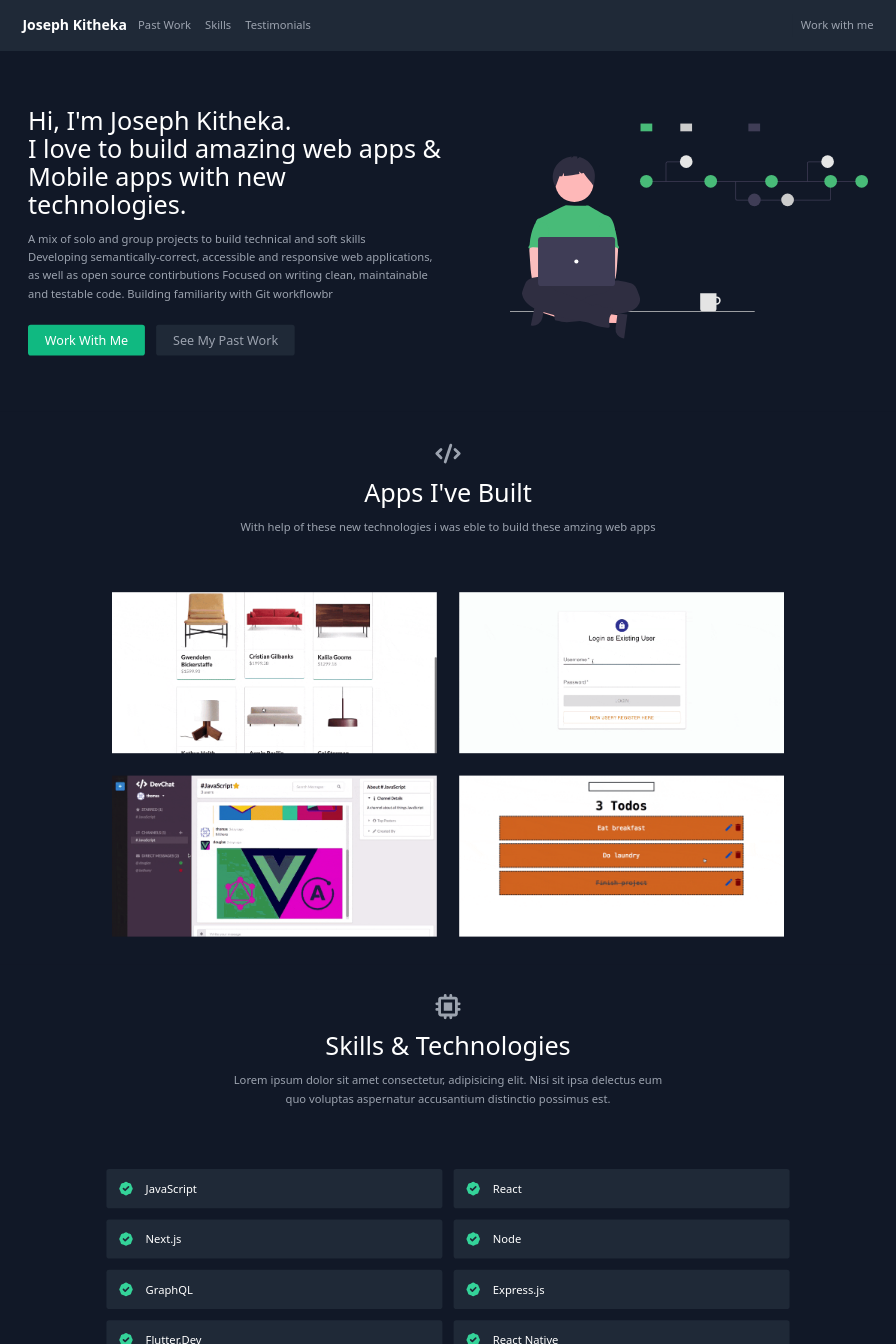
Repository: fhub-1/my-site
Page: /
An editor plug-in stored every save of this project. The page is shown before and after the next save, followed by the edit.
The browser window is 1280 px wide. The pictures show the part of the page from y = 0 to 1920 px (the page is 3236 px tall), at 70% of full size.
The project was rebuilt for these pictures with package versions that can differ from the ones it lists, and the page was loaded fresh each time. Also part of the build but not shown: craco.config.js.

Above is the page before, as saved 2022-01-22 13:01:57.

### public/index.html
<!DOCTYPE html>
<html lang="en">
  <head>
    <meta charset="utf-8" />
    <link rel="icon" href="%PUBLIC_URL%/favicon.ico" />
    <meta name="viewport" content="width=device-width, initial-scale=1" />
    <meta name="theme-color" content="#000000" />
    <meta
      name="description"
      content="My portfolio app created with React"
    />
    <link rel="apple-touch-icon" href="%PUBLIC_URL%/logo192.png" />

    <link rel="manifest" href="%PUBLIC_URL%/manifest.json" />


    <title>Joseph kitheka</title>
      <script data-ad-client="ca-pub-1327925580473487" async src="https://pagead2.googlesyndication.com/pagead/js/adsbygoogle.js"></script>
  </head>
  <body>

  <form name="test" netlify netlify-honeypot="bot-field" hidden>
    <input type="text" name="name" />
    <input type="email" name="email" />
    <textarea name="message"></textarea>
  </form>

    <noscript>You need to enable JavaScript to run this app.</noscript>
    <div id="root"></div>

  </body>
</html>

### src/App.js
import React from "react";
import About from "./components/About";
import Contact from "./components/Contact";
import Navbar from "./components/Navbar";
import Projects from "./components/Projects";
import Skills from "./components/Skills";
import Testimonials from "./components/Testimonials";


export default function App() {
  return (
    <main className="text-gray-400 bg-gray-900 body-font">
      <Navbar />
      <About />
      <Projects />
      <Skills />
      <Testimonials />
      <Contact />
    </main>
  );
}

### src/components/About.js
import React from "react";

export default function About() {
  return (
    <section id="about">
      <div className="container mx-auto flex px-10 py-20 md:flex-row flex-col items-center">
        <div className="lg:flex-grow md:w-1/2 lg:pr-24 md:pr-16 flex flex-col md:items-start md:text-left mb-16 md:mb-0 items-center text-center">
          <h1 className="title-font sm:text-4xl text-3xl mb-4 font-medium text-white">
            Hi, I'm Joseph Kitheka.
            <br className="hidden lg:inline-block" />I love to build amazing
            web apps & Mobile apps with new technologies.
          </h1>
          <p className="mb-8 leading-relaxed">
            A mix of solo and group projects to build technical and soft skills <br />
          Developing semantically-correct, accessible and responsive web applications,<br />
           as well as open source contirbutions
      Focused on writing clean, maintainable and testable code.
        Building familiarity with Git workflowbr <br />
          </p>
          <div className="flex justify-center">
            <a
              href="#contact"workflowbr
              className="inline-flex text-white bg-green-500 border-0 py-2 px-6 focus:outline-none hover:bg-green-600 rounded text-lg">
              Work With Me
            </a>
            <a
              href="#projects"
              className="ml-4 inline-flex text-gray-400 bg-gray-800 border-0 py-2 px-6 focus:outline-none hover:bg-gray-700 hover:text-white rounded text-lg">
              See My Past Work
            </a>
          </div>
        </div>
        <div className="lg:max-w-lg lg:w-full md:w-1/2 w-5/6">
          <img
            className="object-cover object-center rounded"
            alt="hero"
            src="./coding.svg"
          />
        </div>
      </div>
    </section>
  );
}

### src/components/Contact.js
import React from "react";

export default function Contact() {
  const [name, setName] = React.useState("");
  const [email, setEmail] = React.useState("");
  const [message, setMessage] = React.useState("");

  function encode(data) {
    return Object.keys(data)
      .map(
        (key) => encodeURIComponent(key) + "=" + encodeURIComponent(data[key])
      )
      .join("&");
  }

  function handleSubmit(e) {
    e.preventDefault();
    fetch("/", {
      method: "POST",
      headers: { "Content-Type": "application/x-www-form-urlencoded" },
      body: encode({ "form-name": "contact", name, email, message }),
    })
      .then(() => alert("Message sent!"))
      .catch((error) => alert(error));
  }

  return (
    <section id="contact" className="relative">
      <div className="container px-5 py-10 mx-auto flex sm:flex-nowrap flex-wrap">
        <div className="lg:w-2/3 md:w-1/2 bg-gray-900 rounded-lg overflow-hidden sm:mr-10 p-10 flex items-end justify-start relative">
          <iframe
            width="100%"
            height="100%"
            title="map"
            className="absolute inset-0"
            frameBorder={0}
            marginHeight={0}
            marginWidth={0}
            style={{ filter: "opacity(0.7)" }}
            src="https://maps.google.com/maps?q=Nyali,Leisure&t=&z=13&ie=UTF8&iwloc=&output=embed"
          />
          <div className="bg-gray-900 relative flex flex-wrap py-6 rounded shadow-md">
            <div className="lg:w-1/3 px-6">
              <h2 className="title-font font-semibold text-white tracking-widest text-xs">
                ADDRESS
              </h2>
              <p className="mt-1">
                Mombasa,Kenya. <br />
                Mombasa,Malindi Road
              </p>
            </div>
            <div className="lg:w-1/2 px-6 mt-4 lg:mt-0">
              <h2 className="title-font font-semibold text-white tracking-widest text-xs">
                EMAIL
              </h2>
              <a className="text-indigo-400 leading-relaxed">
                flutterhub1.21.0@email.com
              </a>
              <h2 className="title-font font-semibold text-white tracking-widest text-xs mt-4">
                PHONE
              </h2>
              <p className="leading-relaxed">+254 795 164 401</p>
            </div>
          </div>
        </div>
        <form
          netlify
          name="contact"
          onSubmit={handleSubmit}
          className="lg:w-1/3 md:w-1/2 flex flex-col md:ml-auto w-full md:py-8 mt-8 md:mt-0">
          <h2 className="text-white sm:text-4xl text-3xl mb-1 font-medium title-font">
            Hire Me
          </h2>
          <p className="leading-relaxed mb-5">
            Lorem ipsum dolor sit amet consectetur, adipisicing elit. Illum
            suscipit officia aspernatur veritatis. Asperiores, aliquid?
          </p>
          <div className="relative mb-4">
            <label htmlFor="name" className="leading-7 text-sm text-gray-400">
              Name
            </label>
            <input
              type="text"
              id="name"
              name="name"
              className="w-full bg-gray-800 rounded border border-gray-700 focus:border-indigo-500 focus:ring-2 focus:ring-indigo-900 text-base outline-none text-gray-100 py-1 px-3 leading-8 transition-colors duration-200 ease-in-out"
              onChange={(e) => setName(e.target.value)}
              required
            />
          </div>
          <div className="relative mb-4">
            <label htmlFor="email" className="leading-7 text-sm text-gray-400">
              Email
            </label>
            <input
              type="email"
              id="email"
              name="email"
              className="w-full bg-gray-800 rounded border border-gray-700 focus:border-indigo-500 focus:ring-2 focus:ring-indigo-900 text-base outline-none text-gray-100 py-1 px-3 leading-8 transition-colors duration-200 ease-in-out"
              onChange={(e) => setEmail(e.target.value)}
              required
            />
          </div>
          <div className="relative mb-4">
            <label
              htmlFor="message"
              className="leading-7 text-sm text-gray-400">
              Message
            </label>
            <textarea
              id="message"
              name="message"
              className="w-full bg-gray-800 rounded border border-gray-700 focus:border-indigo-500 focus:ring-2 focus:ring-indigo-900 h-32 text-base outline-none text-gray-100 py-1 px-3 resize-none leading-6 transition-colors duration-200 ease-in-out"
              onChange={(e) => setMessage(e.target.value)}
              required
            />
          </div>
          <button
            type="submit"
            className="text-white bg-indigo-500 border-0 py-2 px-6 focus:outline-none hover:bg-indigo-600 rounded text-lg">
            Submit
          </button>
        </form>
      </div>
    </section>
  );
}

### src/components/Navbar.js
import { ArrowRightIcon } from "@heroicons/react/solid";
import React from "react";

export default function Navbar() {
  return (
    <header className="bg-gray-800 md:sticky top-0 z-10">
      <div className="container mx-auto flex flex-wrap p-5 flex-col md:flex-row items-center">
        <a className="title-font font-semibold text-white mb-4 md:mb-0">
          <a href="#about" className="ml-3 text-xl">
           Joseph Kitheka
          </a>
        </a>
             <nav className="md:mr-auto md:ml-4 md:py-1 md:border-1 md:border-gray-700 flex flex-wrap items-center text-base justify-center">
               <a href="#projects" className="mr-5 hover:bg-gray-900">
                 Past Work
               </a>
               <a href="#skills" className="mr-5 hover:bg-gray-900">
                 Skills
               </a>
               <a href="#testimonials" className="mr-5 hover:bg-gray-900">
                  Testimonials

               </a>
             </nav>
             <a className="inline-flex items-center bg-gray-800 border-0 py-1 px-3 focus:outline-none hover:bg-gray-500">
               Work with me
             </a>
        {/* <nav className="md:mr-auto md:ml-4 md:py-1 md:pl-4 md:border-l md:border-gray-700	flex flex-wrap items-center text-base justify-center">
          <a href="#projects" className="mr-5 hover:text-white">
            Past Work
          </a>
          <a href="#skills" className="mr-5 hover:text-white">
            Skills
          </a>
          <a href="#testimonials" className="mr-5 hover:text-white">
            Testimonials
          </a>
        </nav> */}
        {/* <a
          href="#contact"
          className="inline-flex items-center bg-gray-800 border-0 py-1 px-3 focus:outline-none hover:bg-gray-700 rounded text-base mt-4 md:mt-0">
          Hire Me
          <ArrowRightIcon className="w-4 h-4 ml-1" />
        </a> */}
      </div>
    </header>
  );
}

### src/components/Projects.js
import { CodeIcon } from "@heroicons/react/solid";
import React from "react";
import { projects } from "../data";

export default function Projects() {
  return (
    <section id="projects" className="text-gray-400 bg-gray-900 body-font">
      <div className="container px-5 py-10 mx-auto text-center lg:px-40">
        <div className="flex flex-col w-full mb-20">
          <CodeIcon className="mx-auto inline-block w-10 mb-4" />
          <h1 className="sm:text-4xl text-3xl font-medium title-font mb-4 text-white">
            Apps I've Built
          </h1>
          <p className="lg:w-2/3 mx-auto leading-relaxed text-base">
            With help of these new technologies i was eble to build these amzing web apps
          </p>
        </div>
        <div className="flex flex-wrap -m-4">
          {projects.map((project) => (
            <a
              href={project.link}
              key={project.image}
              className="sm:w-1/2 w-100 p-4">
              <div className="flex relative">
                <img
                  alt="gallery"
                  className="absolute inset-0 w-full h-full object-cover object-center"
                  src={project.image}
                />
                <div className="px-8 py-10 relative z-10 w-full border-4 border-gray-800 bg-gray-900 opacity-0 hover:opacity-100">
                  <h2 className="tracking-widest text-sm title-font font-medium text-green-400 mb-1">
                    {project.subtitle}
                  </h2>
                  <h1 className="title-font text-lg font-medium text-white mb-3">
                    {project.title}
                  </h1>
                  <p className="leading-relaxed">{project.description}</p>
                </div>
              </div>
            </a>
          ))}
        </div>
      </div>
    </section>
  );
}

### src/components/Skills.js
import { BadgeCheckIcon, ChipIcon } from "@heroicons/react/solid";
import React from "react";
import { skills } from "../data";

export default function Skills() {
  return (
    <section id="skills">
      <div className="container px-5 py-10 mx-auto">
        <div className="text-center mb-20">
          <ChipIcon className="w-10 inline-block mb-4" />
          <h1 className="sm:text-4xl text-3xl font-medium title-font text-white mb-4">
            Skills &amp; Technologies
          </h1>
          <p className="text-base leading-relaxed xl:w-2/4 lg:w-3/4 mx-auto">
            Lorem ipsum dolor sit amet consectetur, adipisicing elit. Nisi sit
            ipsa delectus eum quo voluptas aspernatur accusantium distinctio
            possimus est.
          </p>
        </div>
        <div className="flex flex-wrap lg:w-4/5 sm:mx-auto sm:mb-2 -mx-2">
          {skills.map((skill) => (
            <div key={skill} className="p-2 sm:w-1/2 w-full">
              <div className="bg-gray-800 rounded flex p-4 h-full items-center">
                <BadgeCheckIcon className="text-green-400 w-6 h-6 flex-shrink-0 mr-4" />
                <span className="title-font font-medium text-white">
                  {skill}
                </span>
              </div>
            </div>

          ))}
        </div>
      </div>
    </section>
  );
}

### src/components/Testimonials.js
import React from "react";
import { TerminalIcon, UsersIcon } from "@heroicons/react/solid";
import { testimonials } from "../data";

export default function Testimonials() {
  return (
    <section id="testimonials">
      <div className="container px-5 py-10 mx-auto text-center">
        <UsersIcon className="w-10 inline-block mb-4" />
        <h1 className="sm:text-4xl text-3xl font-medium title-font text-white mb-12">
          Client Testimonials
        </h1>
        <div className="flex flex-wrap m-4">
          {testimonials.map((testimonial) => (
            <div className="p-4 md:w-1/2 w-full">
              <div className="h-full bg-gray-800 bg-opacity-40 p-8 rounded">
                <TerminalIcon className="block w-8 text-gray-500 mb-4" />
                <p className="leading-relaxed mb-6">{testimonial.quote}</p>
                <div className="inline-flex items-center">
                  <img
                    alt="testimonial"
                    src={testimonial.image}
                    className="w-12 rounded-full flex-shrink-0 object-cover object-center"
                  />
                  <span className="flex-grow flex flex-col pl-4">
                    <span className="title-font font-medium text-white">
                      {testimonial.name}
                    </span>
                    <span className="text-gray-500 text-sm uppercase">
                      {testimonial.company}
                    </span>
                  </span>
                </div>
              </div>
            </div>
          ))}
        </div>
      </div>
    </section>
  );
}

### src/data.js
export const projects = [
  {
    title: "React Reserve",
    subtitle: "MERN Stack",
    description:
      "Lorem ipsum dolor sit amet consectetur adipisicing elit. Praesentium dolore rerum laborum iure enim sint nemo omnis voluptate exercitationem eius?",
    image: "./project-1.gif",
    // link: "https://reactbootcamp.com",
  },
  {
    title: "React Tracks",
    subtitle: "React and Python",
    description:
      "Lorem ipsum dolor sit amet consectetur adipisicing elit. Praesentium dolore rerum laborum iure enim sint nemo omnis voluptate exercitationem eius?",
    image: "./project-2.gif",
    // link: "https://reactbootcamp.com",
  },
  {
    title: "DevChat",
    subtitle: "React and Firebase",
    description:
      "Lorem ipsum dolor sit amet consectetur adipisicing elit. Praesentium dolore rerum laborum iure enim sint nemo omnis voluptate exercitationem eius?",
    image: "./project-3.gif",
    // link: "https://reactbootcamp.com",
  },
  {
    title: "Epic Todo App",
    subtitle: "React Hooks",
    description:
      "Lorem ipsum dolor sit amet consectetur adipisicing elit. Praesentium dolore rerum laborum iure enim sint nemo omnis voluptate exercitationem eius?",
    image: "./project-4.gif",
    // link: "https://reactbootcamp.com",
  },
];

export const testimonials = [
  {
    quote:
      "Lorem ipsum dolor sit amet consectetur adipisicing elit. Culpa quod necessitatibus quidem impedit facilis? Distinctio laboriosam veritatis recusandae minus. Voluptatum accusantium hic laudantium soluta ea sapiente cupiditate officia maiores itaque.",
    image: "https://i.ibb.co/TcMx08J/me.jpg",
    name: "Flutter",
    company: "flutterhub1.21.1",
  },
  {
    quote:
      "Lorem ipsum dolor sit amet consectetur adipisicing elit. Culpa quod necessitatibus quidem impedit facilis? Distinctio laboriosam veritatis recusandae minus. Voluptatum accusantium hic laudantium soluta ea sapiente cupiditate officia maiores itaque.",
    image: "https://i.ibb.co/TcMx08J/me.jpg",
    name: "Hub",
    company: "flutterhub1.21.1",
  },
];

export const skills = [
  "JavaScript",
  "React",
  "Next.js",
  "Node",
  "GraphQL",
  "Express.js",
  "Flutter.Dev",
  "React Native",
];

Loaded but not shown: src/index.js (common file); src/index.css (common file); tailwind.config.js (common file)

After the next save:
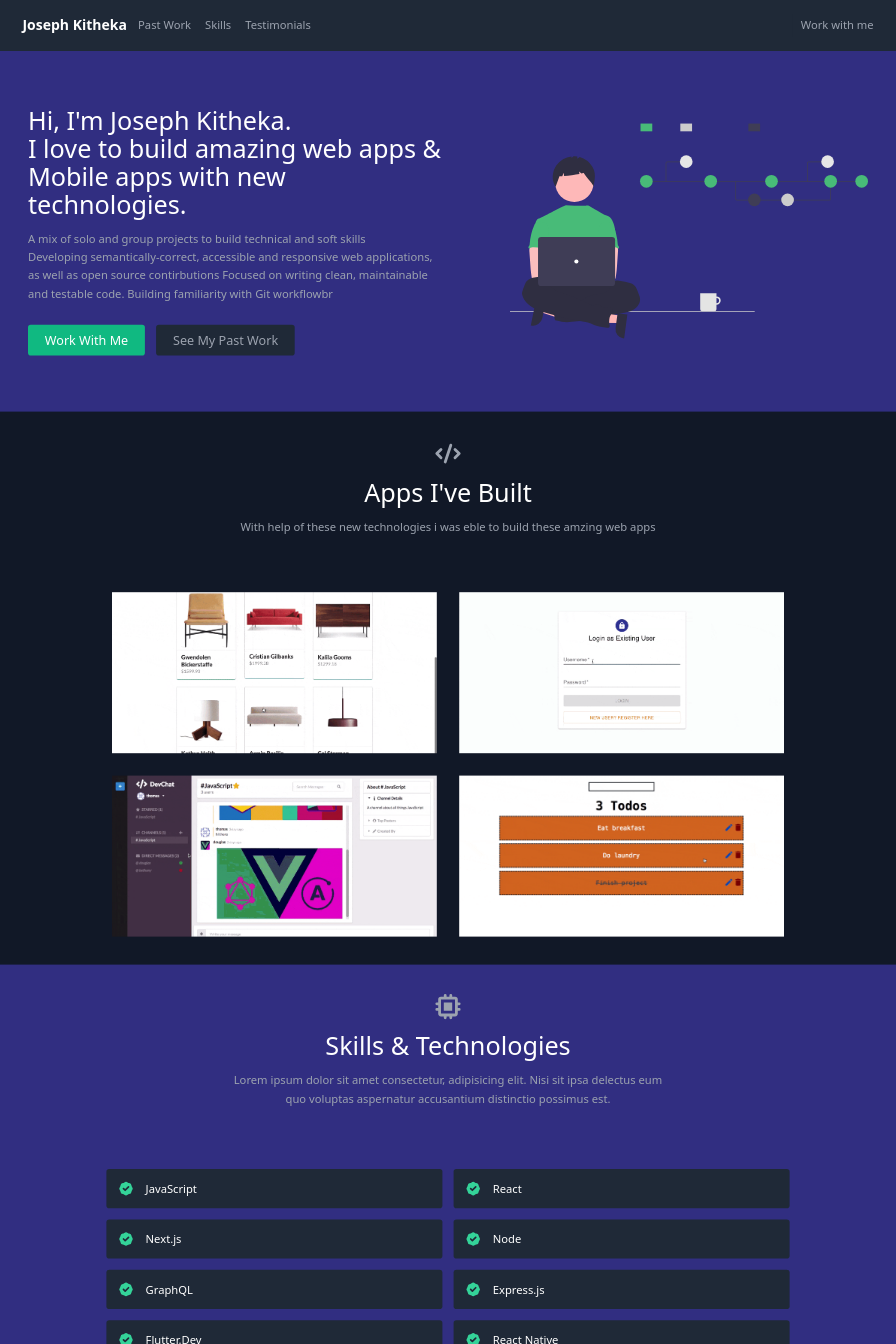
Saved 46 h 52 min later.
--- a/src/App.js
+++ b/src/App.js
@@ -9,7 +9,7 @@ import Testimonials from "./components/Testimonials";
 
 export default function App() {
   return (
-    <main className="text-gray-400 bg-gray-900 body-font">
+    <main className="text-gray-400 bg-indigo-900 body-font">
       <Navbar />
       <About />
       <Projects />
